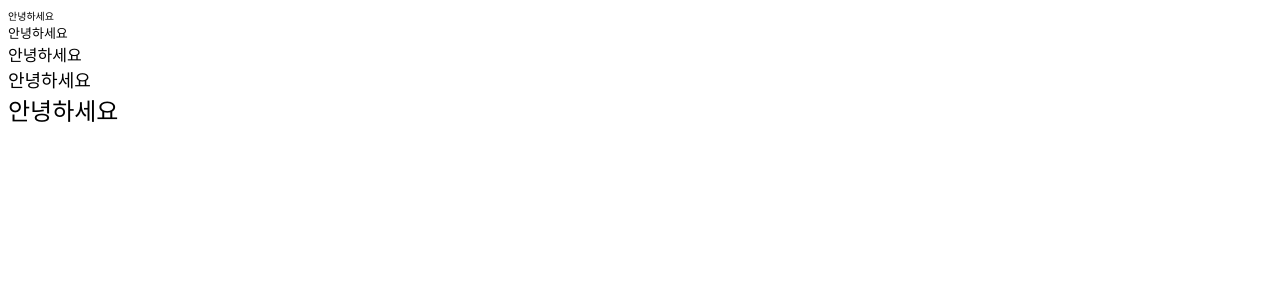
Repository: jemin7709/InternetProgramming2
Page: http://localhost/Pj/hidden.jsp
The author's editor kept a copy of each file at every save. The page is drawn from the files as they stood at one save, then again after the next save.
The browser window is 1280 px wide. The pictures show the whole page.
The page is served by Tomcat 9.

Above is the page before, as saved 2021-05-06 04:58:21.

### Pj/WebContent/hidden.jsp
<%@page import="java.util.Date"%>
<%@ page language="java" contentType="text/html; charset=UTF-8"
    pageEncoding="UTF-8"%>
<!DOCTYPE html PUBLIC "-//W3C//DTD HTML 4.01 Transitional//EN" "http://www.w3.org/TR/html4/loose.dtd">
<html>
<head>
<meta http-equiv="Content-Type" content="text/html; charset=UTF-8">
<title>Insert title here</title>
</head>
<body>
	<%
	for(int fontSize=1;fontSize<6;fontSize++){
	%>
	<font size="<%=fontSize%>">
	안녕하세요
	</font><br>
	<%} %>
</body>
</html>

After the next save:
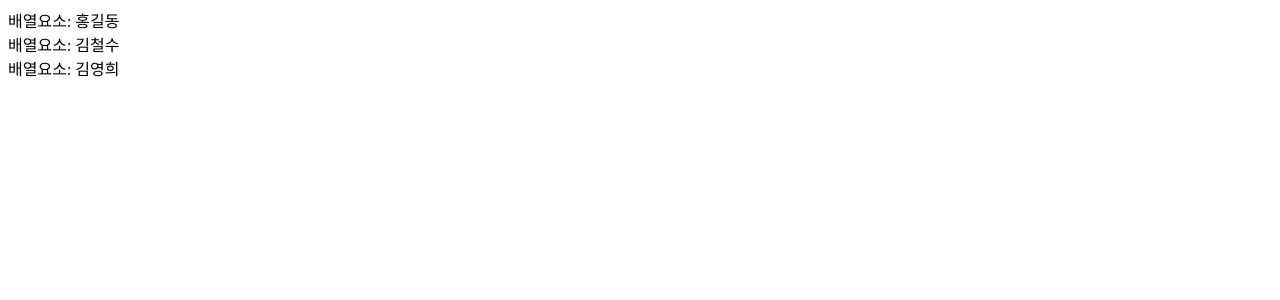
Saved 2 min 40 s later.
--- a/Pj/WebContent/hidden.jsp
+++ b/Pj/WebContent/hidden.jsp
@@ -1,6 +1,8 @@
 <%@page import="java.util.Date"%>
 <%@ page language="java" contentType="text/html; charset=UTF-8"
     pageEncoding="UTF-8"%>
+<%String[] array = {"홍길동", "김철수", "김영희"}; %>
+
 <!DOCTYPE html PUBLIC "-//W3C//DTD HTML 4.01 Transitional//EN" "http://www.w3.org/TR/html4/loose.dtd">
 <html>
 <head>
@@ -8,12 +10,10 @@
 <title>Insert title here</title>
 </head>
 <body>
-	<%
-	for(int fontSize=1;fontSize<6;fontSize++){
-	%>
-	<font size="<%=fontSize%>">
-	안녕하세요
-	</font><br>
-	<%} %>
+<%
+for(int i=0;i<array.length;i++){
+	out.println("배열요소: " + array[i]+"<br>");
+}
+%>
 </body>
 </html>
